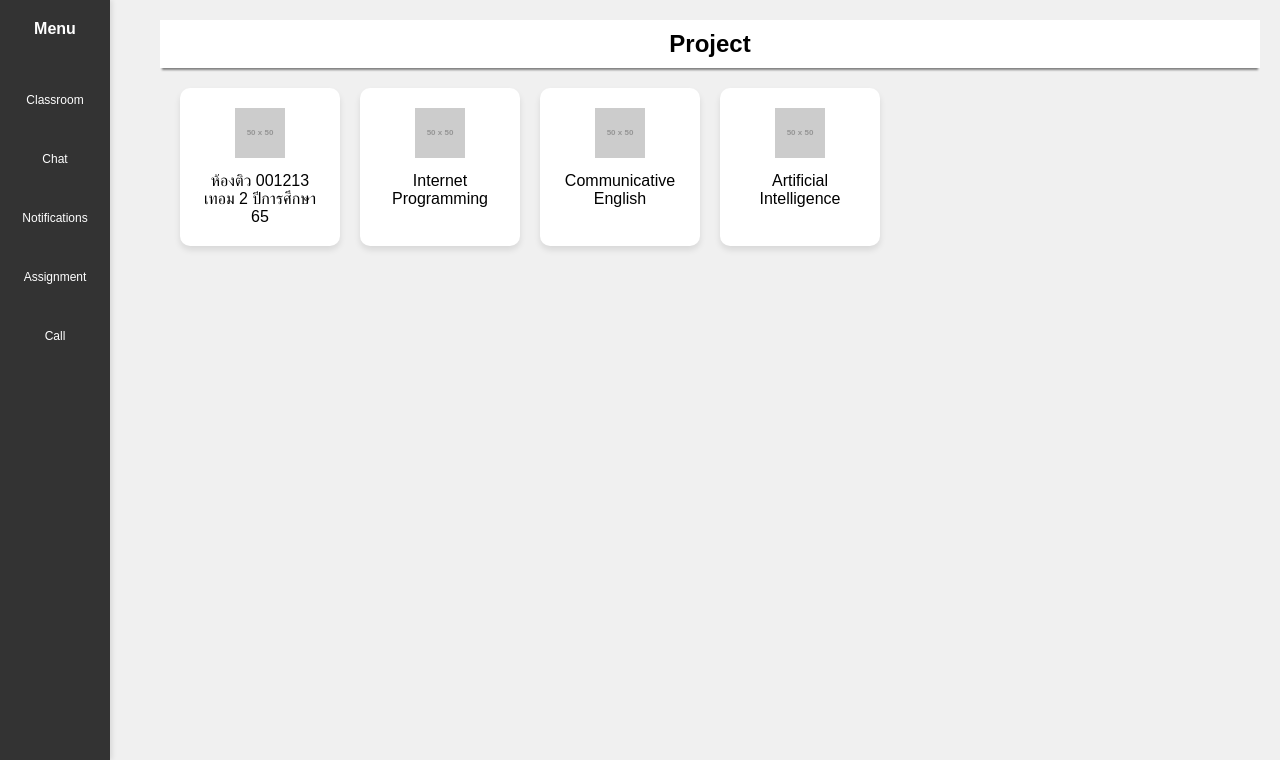
Repository: praifas16/ProPro
Page: docs/studenthead.html
These files come from the project's save history. The page is drawn as it stood at one moment and after the next save; the edit follows.
The browser window is 1280 px wide. The pictures show the whole page.

Above is the page before, as saved 2024-08-21 20:13:15.

### docs/studenthead.html
<!DOCTYPE html>
<html lang="th">
<head>
    <meta charset="UTF-8">
    <meta name="viewport" content="width=device-width, initial-scale=1.0">
    <title>My Dashboard</title>
    <style>
        body {
            font-family: Arial, sans-serif;
            margin: 0;
            padding: 0;
            background-color: #f0f0f0;
            display: flex;
        }

        /* เมนูแถบข้าง */
        .sidebar {
            width: 70px;
            background-color: #333;
            color: white;
            height: 100vh;
            padding: 20px 20px;
            box-shadow: 2px 0 5px rgba(0, 0, 0, 0.1);
            display: flex;
            flex-direction: column;
            align-items: center;
        }

        .menu-header {
            margin-bottom: 40px; /* ปรับระยะห่าง */
            font-size: 16px;
            font-weight: bold;
        }

        .menu-items {
            margin-top: 0px; /* เพิ่มระยะห่างด้านบน เพื่อให้ตรงกับบ็อกสี่เหลี่ยม */
        }

        .sidebar a {
            display: flex;
            flex-direction: column;
            align-items: center;
            color: white;
            padding: 10px;
            text-decoration: none;
            margin-bottom: 20px;
            font-size: 12px;
            text-align: center;
        }

        .sidebar a:hover {
            background-color: #5f5f5f;
            border-radius: 4px;
            width: 80%;
            text-align: center;
        }

        .sidebar i {
            font-size: 24px;
            margin-bottom: 5px;
        }

        /* โครงสร้างหน้าเว็บหลัก */
        .main-content {
            flex-grow: 1;
            padding: 20px 20px 20px 50px; /* เพิ่ม padding ด้านซ้ายเพื่อให้เนื้อหาหลักอยู่ในระนาบเดียวกัน */
        }

        header {
            background-color: #ffffff;
            padding: 10px;
            text-align: center;
            box-shadow: 0px 4px 2px -2px gray;
        }

        h1 {
            margin: 0;
            font-size: 24px;
        }

        .container {
            display: grid;
            grid-template-columns: repeat(auto-fill, minmax(150px, 1fr));
            gap: 20px;
            padding: 20px;
        }

        .card {
            background-color: #ffffff;
            border-radius: 10px;
            box-shadow: 0 4px 6px rgba(0, 0, 0, 0.1);
            text-align: center;
            padding: 20px;
            transition: transform 0.3s;
        }

        .card:hover {
            transform: scale(1.05);
        }

        .card img {
            width: 50px;
            height: 50px;
            margin-bottom: 10px;
        }

        .card p {
            margin: 0;
            font-size: 16px;
        }
    </style>
</head>
<body>
    <!-- เมนูแถบข้าง -->
    <div class="sidebar">
        <div class="menu-header">Menu</div>
        <div class="menu-items">
            <a href="#"><i class="fa fa-home"></i><span>Classroom</span></a>
            <a href="#"><i class="fa fa-users"></i><span>Chat</span></a>
            <a href="#"><i class="fa fa-notificat"></i><span>Notifications</span></a>
            <a href="#"><i class="fa fa-assign"></i><span>Assignment</span></a>
            <a href="#"><i class="fa fa-phone"></i><span>Call</span></a>
        </div>
    </div>

    <!-- เนื้อหาหลัก -->
    <div class="main-content">
        <header>
            <h1>Project</h1>
        </header>
        <div class="container">
            <div class="card">
                <img src="https://via.placeholder.com/50" alt="icon">
                <p>ห้องติว 001213 เทอม 2 ปีการศึกษา 65</p>
            </div>
            <div class="card">
                <img src="https://via.placeholder.com/50" alt="icon">
                <p>Internet Programming</p>
            </div>
            <div class="card">
                <img src="https://via.placeholder.com/50" alt="icon">
                <p>Communicative English</p>
            </div>
            <div class="card">
                <img src="https://via.placeholder.com/50" alt="icon">
                <p>Artificial Intelligence</p>
            </div>
            <!-- เพิ่มเติม Card อื่น ๆ ตามต้องการ -->
        </div>
    </div>
</body>
</html>

After the next save:
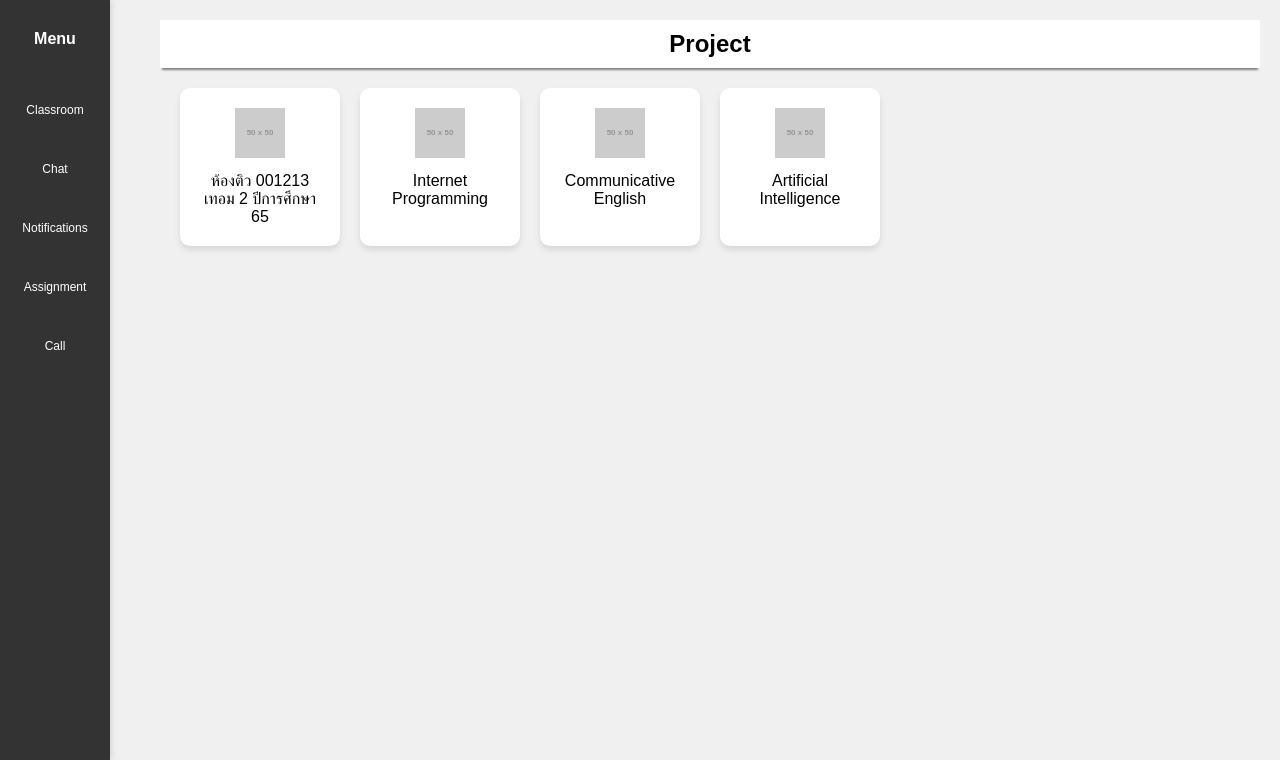
Saved 2 min 40 s later.
--- a/docs/studenthead.html
+++ b/docs/studenthead.html
@@ -27,7 +27,8 @@
         }
 
         .menu-header {
-            margin-bottom: 40px; /* ปรับระยะห่าง */
+            margin-top: 10px; /* ขยับคำว่า Menu ลง */
+            margin-bottom: 40px; /* เว้นระยะห่างจากเมนูด้านล่าง */
             font-size: 16px;
             font-weight: bold;
         }
